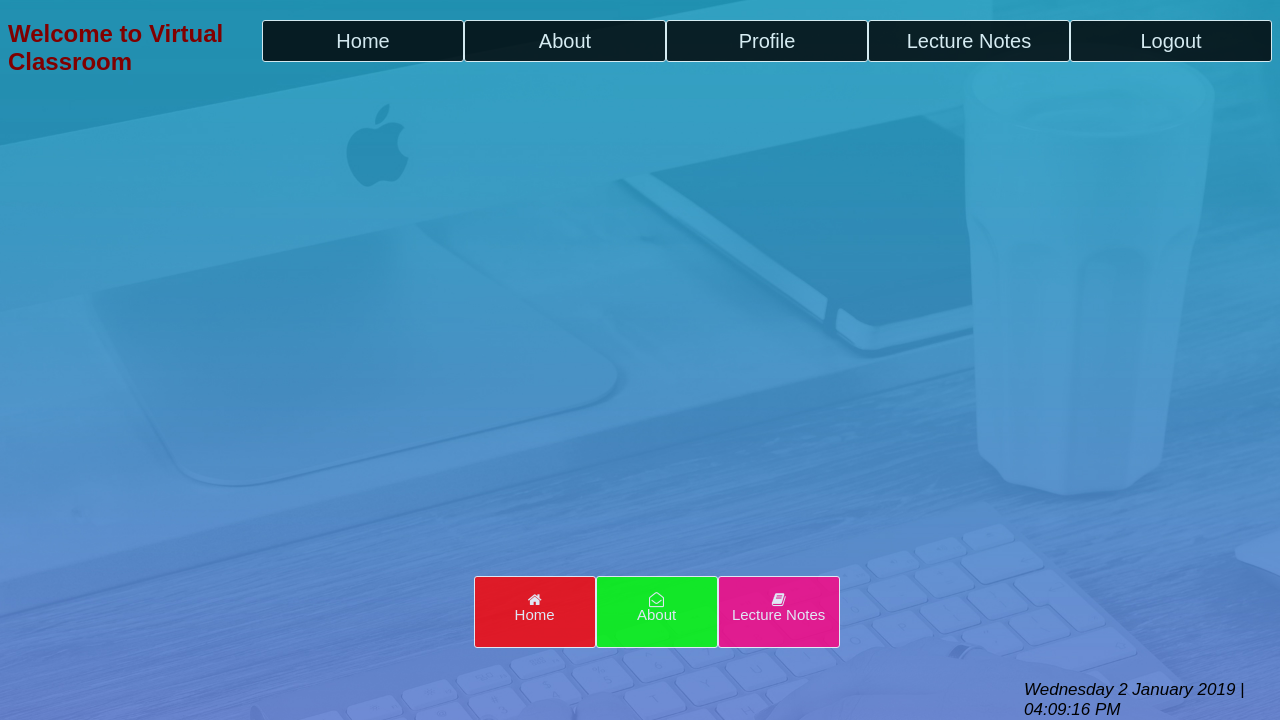
Repository: Rajendra1998/Virtual_classroom_mvc_project
Page: http://localhost/Virtual_classroom/Student_logged1.jsp
An editor plug-in stored every save of this project. The page is shown before and after the next save, followed by the edit.
The browser window is 1280 px wide. The pictures show the whole page.
The page is served by Tomcat 9.

Above is the page before, as saved 2019-01-04 20:45:56.

After the next save:
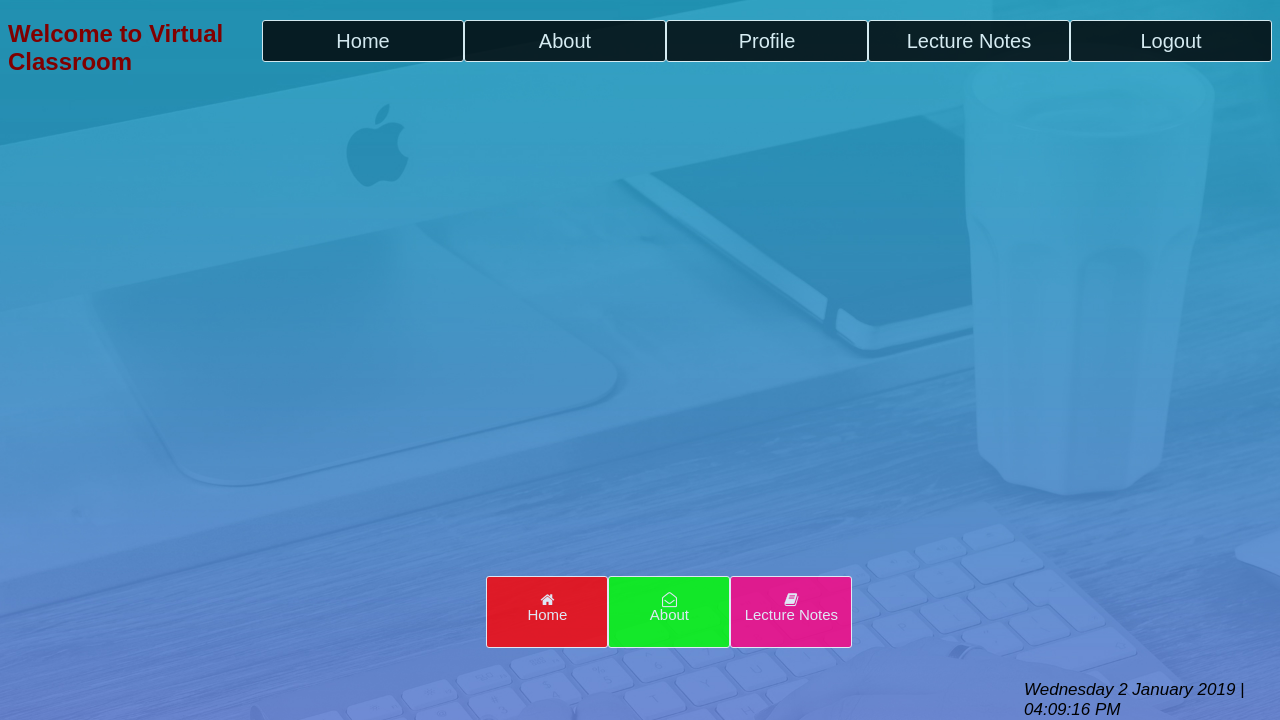
Saved 12 s later.
--- a/Virtual_classroom/WebContent/Student_logged1.jsp
+++ b/Virtual_classroom/WebContent/Student_logged1.jsp
@@ -71,7 +71,7 @@
 	.menu1 nav{
 		position:absolute;
 		top:80%;
-		left:37%;
+		left:38%;
 
 	}
 	.menu1 nav ul{
